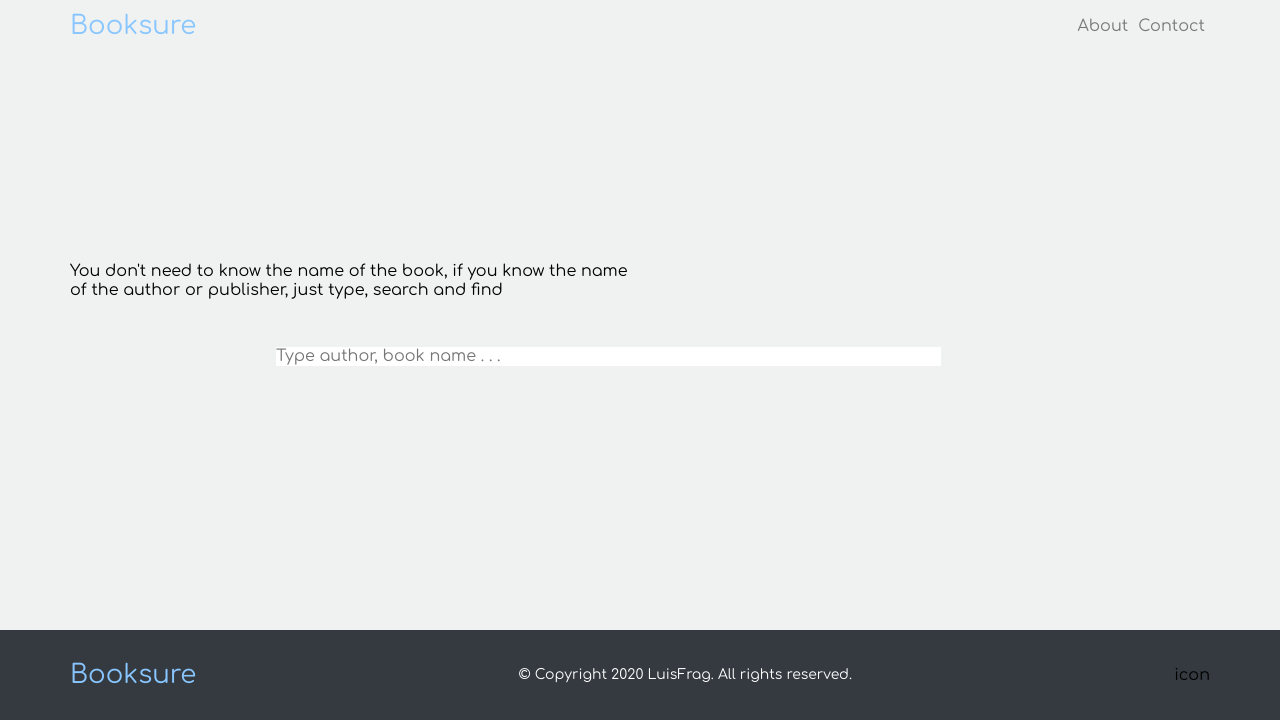
Repository: changesxxx/searchBooks
Page: /search
An editor plug-in stored every save of this project. The page is shown before and after the next save, followed by the edit.
The browser window is 1280 px wide. The pictures show the whole page.
The project was rebuilt for these pictures with package versions that can differ from the ones it lists, and the page was loaded fresh each time. Also part of the build but not shown: craco.config.js.

Above is the page before, as saved 2024-06-24 17:49:49.

After the next save:
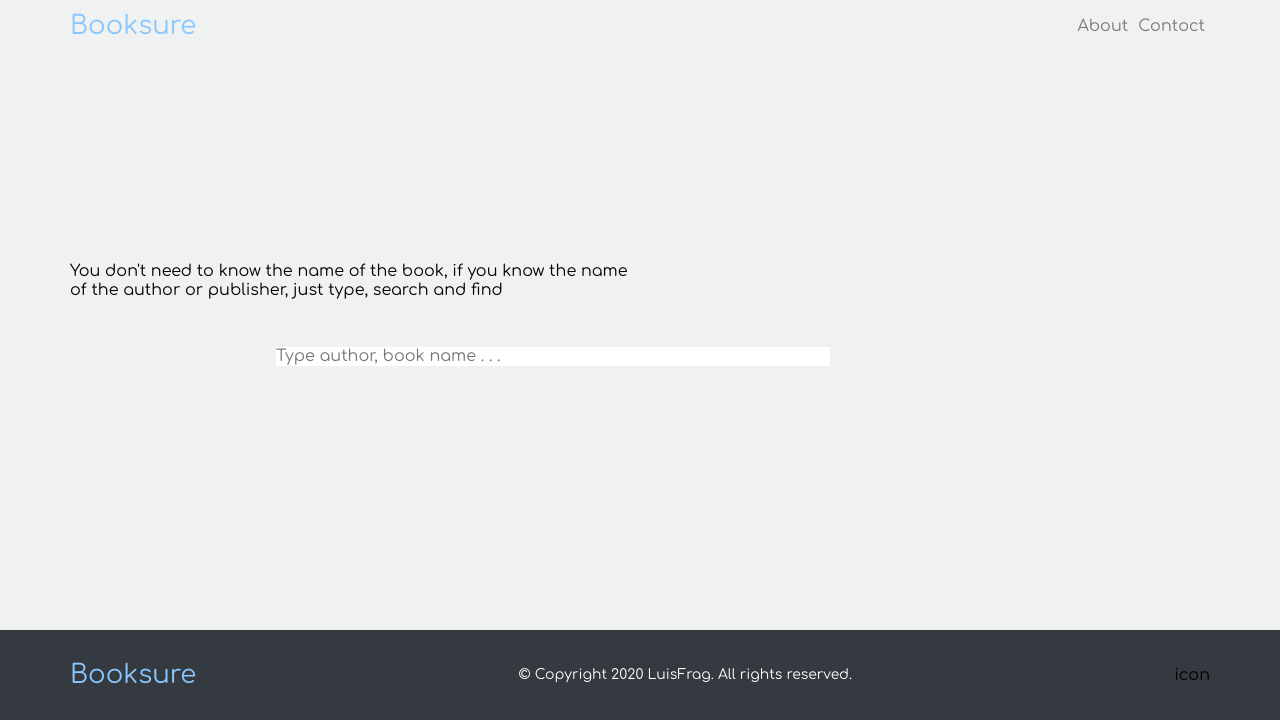
Saved 12 s later.
--- a/src/view/search/style.js
+++ b/src/view/search/style.js
@@ -21,7 +21,7 @@ const searchWrapper = styled.div`
     .search-input {
       display: block;
 
-      width: 60%;
+      width: 50%;
       margin: 0 190px;
     }
   }
